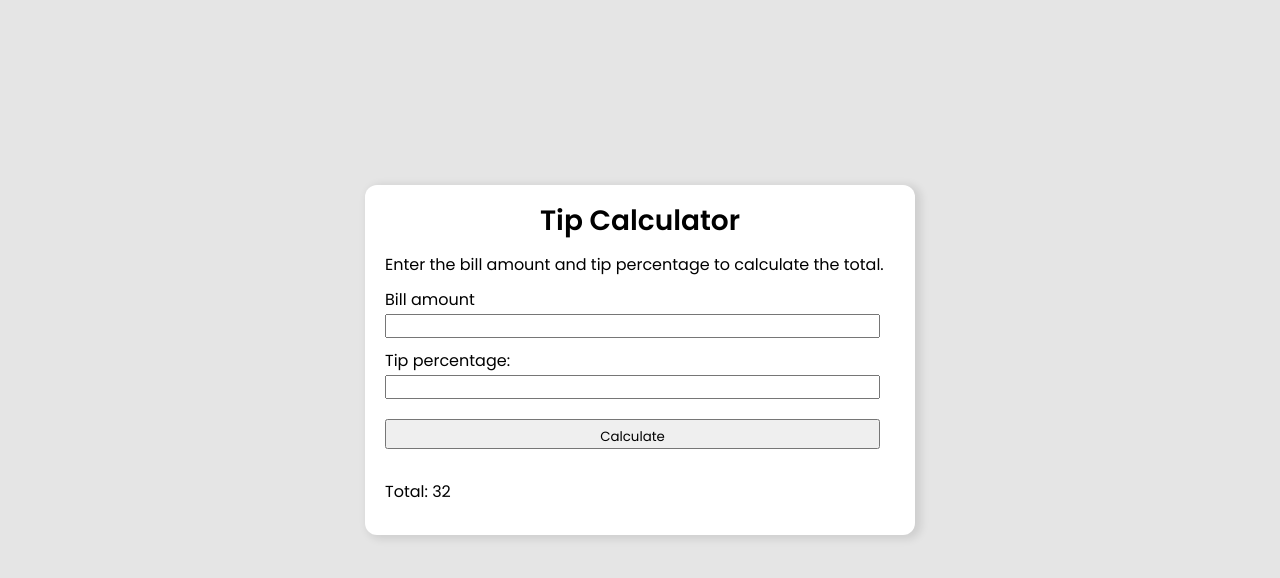
Repository: Ankitkr2021/Tip-Calculator
Page: index.html
An editor plug-in stored every save of this project. The page is shown before and after the next save, followed by the edit.
The browser window is 1280 px wide. The pictures show the whole page.

Above is the page before, as saved 2025-10-27 10:56:09.

After the next save:
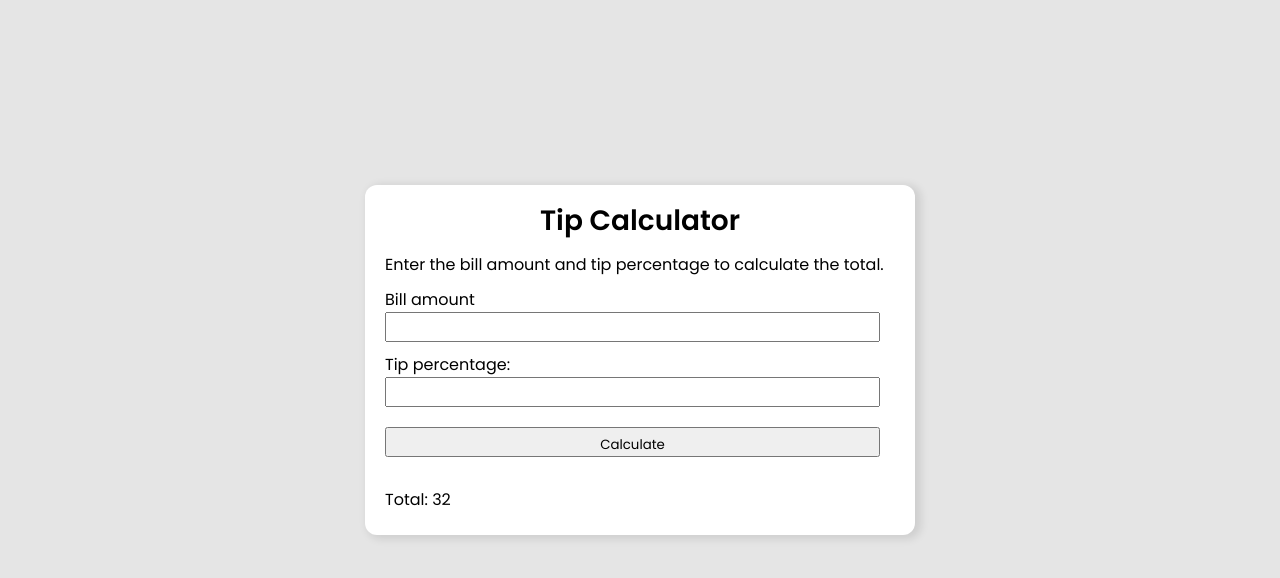
Saved 16 s later.
--- a/style.css
+++ b/style.css
@@ -39,6 +39,7 @@ p{
 
 input {
     width: 90%;
+    height: 30px;
     margin-left: 20px;
 }
 
